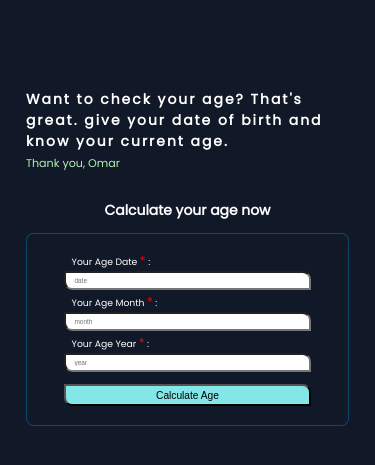
Repository: omarpervezz/age-calculator
Page: index.html
The author's editor kept a copy of each file at every save. The page is drawn from the files as they stood at one save, then again after the next save.
The browser window is 375 px wide. The pictures show the whole page.
Some web fonts or font styles are not loaded; a fallback is used.

Above is the page before, as saved 2022-08-13 01:05:50.

After the next save:
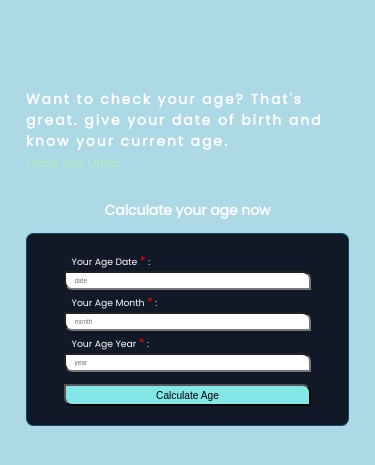
Saved 35 s later.
--- a/responsive.css
+++ b/responsive.css
@@ -23,3 +23,9 @@
     margin-bottom: 0.1rem;
 }
 }
+
+@media only screen and (max-width: 600px) {
+  body {
+    background-color: lightblue;
+  }
+}

After the save that followed:
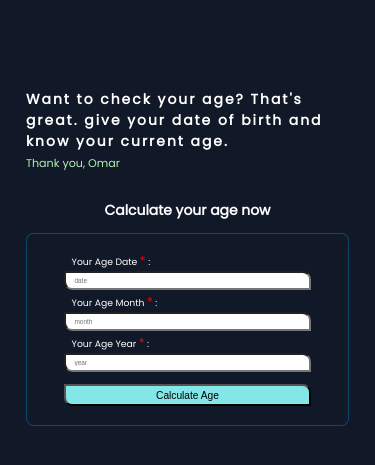
Saved 42 s later.
--- a/responsive.css
+++ b/responsive.css
@@ -23,9 +23,3 @@
     margin-bottom: 0.1rem;
 }
 }
-
-@media only screen and (max-width: 600px) {
-  body {
-    background-color: lightblue;
-  }
-}
